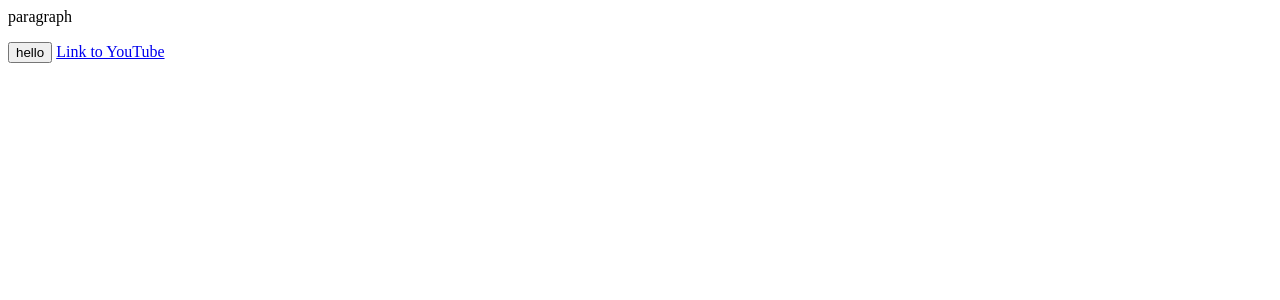
Repository: knowledgeAlan/html-css-six
Page: website.html
The author's editor kept a copy of each file at every save. The page is drawn from the files as they stood at one save, then again after the next save.
The browser window is 1280 px wide. The pictures show the whole page.

Above is the page before, as saved 2024-02-29 19:26:51.

### website.html
<p>
    paragraph
</p>

<button>
    hello
</button>

<a href="https://www.youtube.com/" target="blank">
    Link to YouTube

</a>

After the next save:
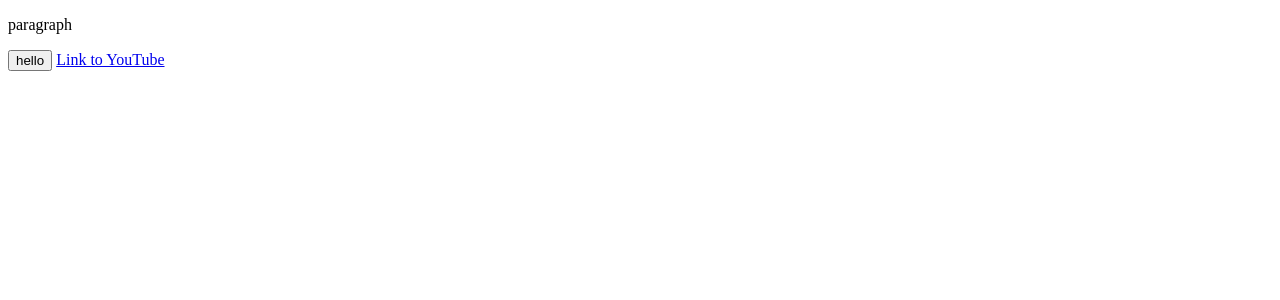
Saved 54 s later.
--- a/website.html
+++ b/website.html
@@ -1,12 +1,20 @@
-<p>
-    paragraph
-</p>
+<!DOCTYPE html>
+<html>
+    <head>
 
-<button>
-    hello
-</button>
+    </head>
+    <body>
+        <p>
+            paragraph
+        </p>
 
-<a href="https://www.youtube.com/" target="blank">
-    Link to YouTube
+        <button>
+            hello
+        </button>
 
-</a>
+        <a href="https://www.youtube.com/" target="blank">
+            Link to YouTube
+
+        </a>
+    </body>
+</html>
